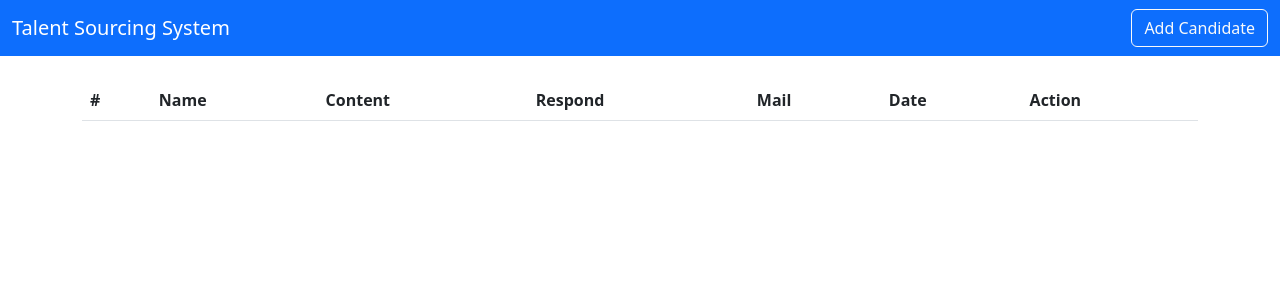
Repository: mfd10/talent-sourcing-system-frontend
Page: /
These files come from the project's save history. The page is drawn as it stood at one moment and after the next save; the edit follows.
The browser window is 1280 px wide. The pictures show the whole page.
The page's requests for data from a server got no answer. The project was rebuilt for these pictures with package versions that can differ from the ones it lists, and the page was loaded fresh each time. No one was signed in, and anything a server would have sent is missing. Also part of the build but not shown: src/users/AddCandidates.js.

Above is the page before, as saved 2022-11-12 18:55:10.

After the next save:
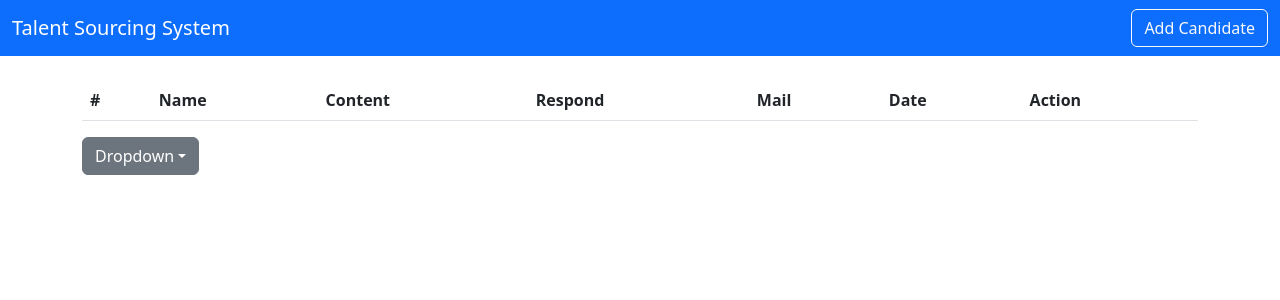
Saved 28 s later.
--- a/src/pages/Home.js
+++ b/src/pages/Home.js
@@ -40,8 +40,8 @@ export default function Home() {
               {/* TODO: Date Tarih gösterimi düzeltilecek */}
               <td>{candidate.date}</td>
               <td>
-                <button className="btn btn-primary mx-3">View</button>
-                <button className="btn btn-outline-primary mx-3">Edit</button>
+                <button className="btn btn-primary mx-2">View</button>
+                <button className="btn btn-outline-primary mx-2">Edit</button>
                 <button className="btn btn-danger mx-2">Delete</button>
               </td>
             </tr>
@@ -49,6 +49,16 @@ export default function Home() {
            }
           </tbody>
         </table>
+        <div class="dropdown">
+  <button class="btn btn-secondary dropdown-toggle" type="button" id="dropdownMenu2" data-toggle="dropdown" aria-haspopup="true" aria-expanded="false">
+    Dropdown
+  </button>
+  <div class="dropdown-menu" aria-labelledby="dropdownMenu2">
+    <button class="dropdown-item" type="button">Action</button>
+    <button class="dropdown-item" type="button">Another action</button>
+    <button class="dropdown-item" type="button">Something else here</button>
+  </div>
+</div>
       </div>
     </div>
   );
